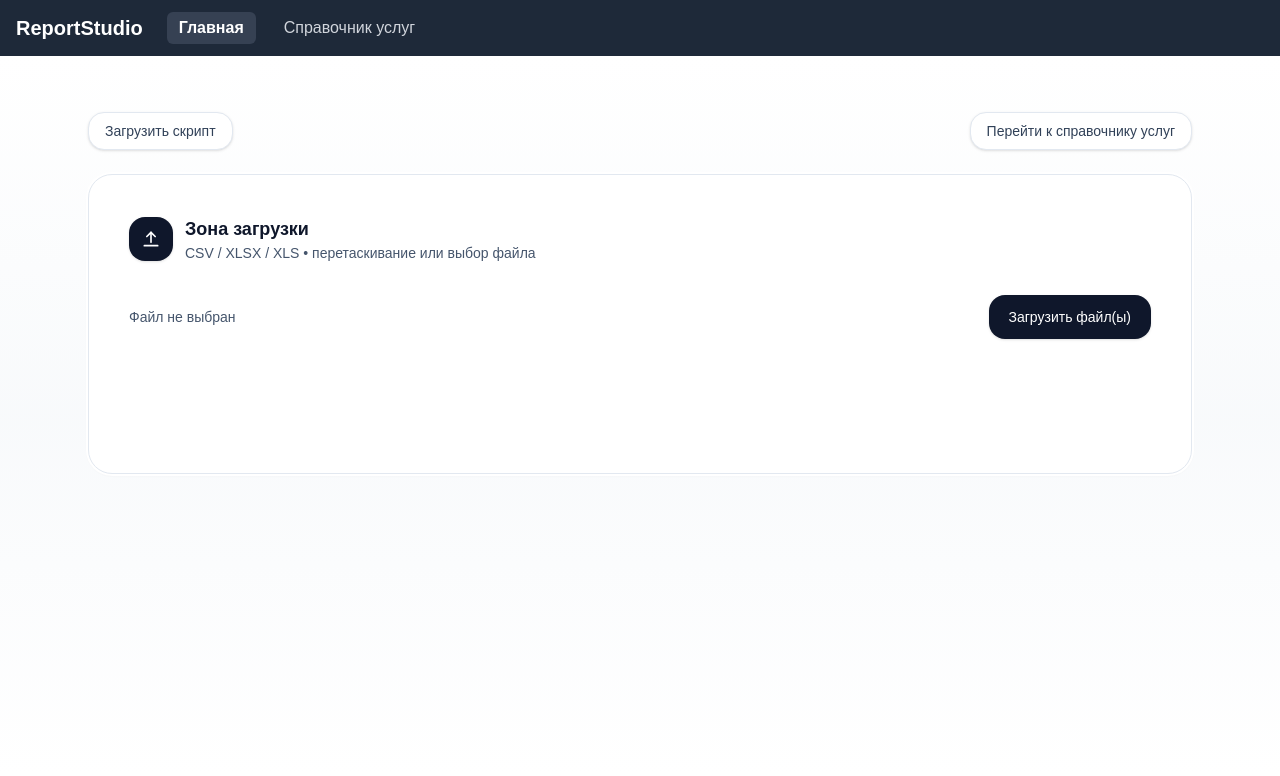
Repository: vladzap2423/report_studio_v2
Page: /
The author's editor kept a copy of each file at every save. The page is drawn from the files as they stood at one save, then again after the next save.
The browser window is 1280 px wide. The pictures show the whole page.
The page's requests for data from a server got no answer. The project was rebuilt for these pictures with package versions that can differ from the ones it lists, and the page was loaded fresh each time. The framework's server and built-in components were replaced by stand-ins that run in the browser. No one was signed in, and anything a server would have sent is missing. Also part of the build but not shown: next.config.ts.

Above is the page before, as saved 2026-03-16 14:18:58.

### src/app/layout.tsx
import type { Metadata } from "next";
import { Geist, Geist_Mono } from "next/font/google";
import "./globals.css";
import Header from "./components/Header";

const geistSans = Geist({
  variable: "--font-geist-sans",
  subsets: ["latin"],
});

const geistMono = Geist_Mono({
  variable: "--font-geist-mono",
  subsets: ["latin"],
});

export const metadata: Metadata = {
  title: "Create Next App",
  description: "Generated by create next app",
};

export default function RootLayout({
  children,
}: Readonly<{
  children: React.ReactNode;
}>) {
  return (
    <html lang="en">
      <body
        className={`${geistSans.variable} ${geistMono.variable} antialiased`}
      >
        <Header

          title="ReportStudio"
          links={[
            { label: "Главная", href: "/" },
            { label: "Справочник услуг", href: "/services" },
          ]}
        />
        {children}
      </body>
    </html>
  );
}

### src/app/components/Header.tsx
"use client";

import React from "react";
import Link from "next/link";
import { usePathname } from "next/navigation";

type HeaderProps = {
  title?: string;
  links?: { label: string; href: string }[];
};

const Header: React.FC<HeaderProps> = ({ title = "ReportStudio", links = [] }) => {
  const pathname = usePathname();

  return (
    <header className="w-full bg-gray-800 text-white shadow-md">
      <div className="max-w-7xl mx-auto px-4 py-3 flex items-center space-x-6">
        {/* Название программы */}
        <div className="text-xl font-bold">{title}</div>

        {/* Меню слева после названия */}
        <nav className="flex space-x-4">
          {links.map((link) => {
            const isActive = pathname === link.href;
            return (
              <Link
                key={link.href}
                href={link.href}
                className={`px-3 py-1 rounded-md transition-colors ${
                  isActive
                    ? "bg-gray-700 text-white font-semibold"
                    : "text-gray-300 hover:bg-gray-700 hover:text-white"
                }`}
              >
                {link.label}
              </Link>
            );
          })}
        </nav>
      </div>
    </header>
  );
};

export default Header;

Loaded but not shown: src/app/globals.css (common file); src/app/page.tsx (859 lines, source omitted)

After the next save:
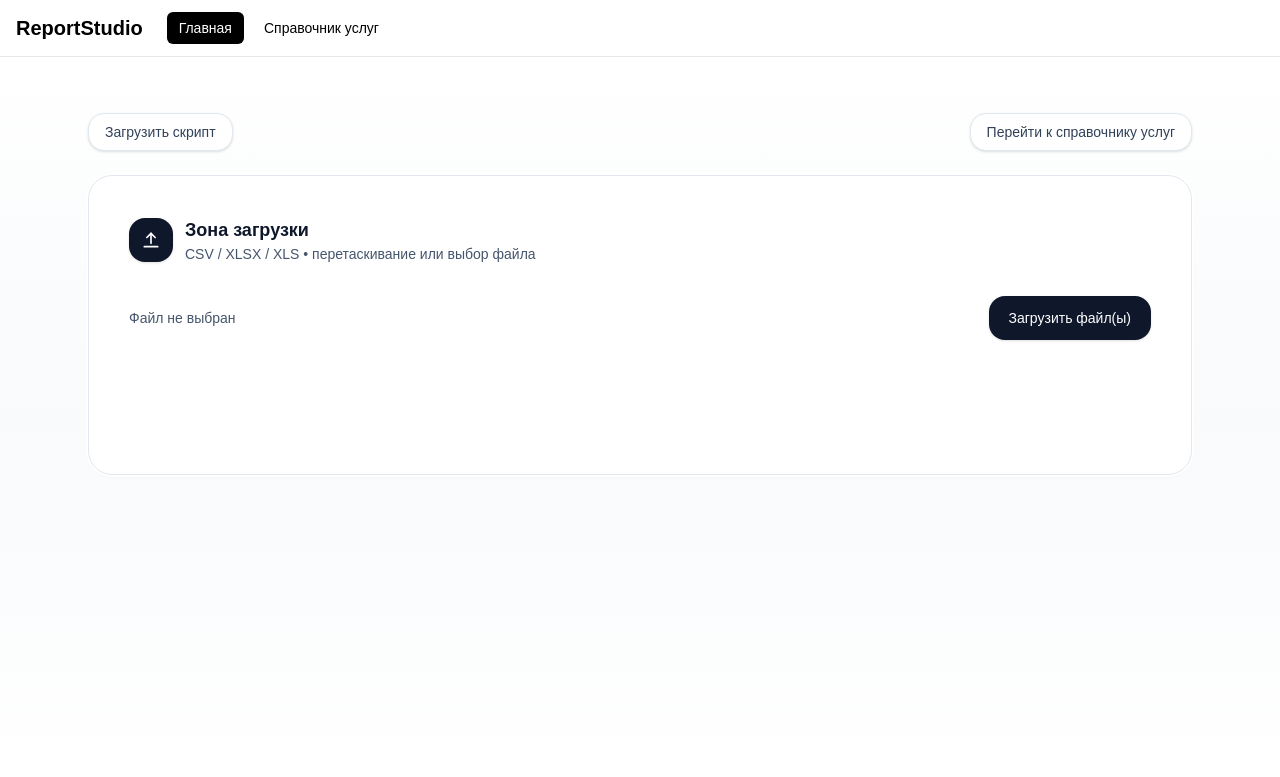
Saved 18 min 27 s later.
--- a/src/app/components/Header.tsx
+++ b/src/app/components/Header.tsx
@@ -13,23 +13,27 @@ const Header: React.FC<HeaderProps> = ({ title = "ReportStudio", links = [] }) =
   const pathname = usePathname();
 
   return (
-    <header className="w-full bg-gray-800 text-white shadow-md">
+    <header className="w-full bg-white border-b border-gray-200">
       <div className="max-w-7xl mx-auto px-4 py-3 flex items-center space-x-6">
+
         {/* Название программы */}
-        <div className="text-xl font-bold">{title}</div>
+        <div className="text-xl font-semibold text-black">
+          {title}
+        </div>
 
-        {/* Меню слева после названия */}
-        <nav className="flex space-x-4">
+        {/* Меню */}
+        <nav className="flex space-x-2">
           {links.map((link) => {
             const isActive = pathname === link.href;
+
             return (
               <Link
                 key={link.href}
                 href={link.href}
-                className={`px-3 py-1 rounded-md transition-colors ${
+                className={`px-3 py-1.5 rounded-md text-sm transition-colors ${
                   isActive
-                    ? "bg-gray-700 text-white font-semibold"
-                    : "text-gray-300 hover:bg-gray-700 hover:text-white"
+                    ? "bg-black text-white"
+                    : "text-black hover:bg-gray-100"
                 }`}
               >
                 {link.label}
@@ -37,6 +41,7 @@ const Header: React.FC<HeaderProps> = ({ title = "ReportStudio", links = [] }) =
             );
           })}
         </nav>
+
       </div>
     </header>
   );
